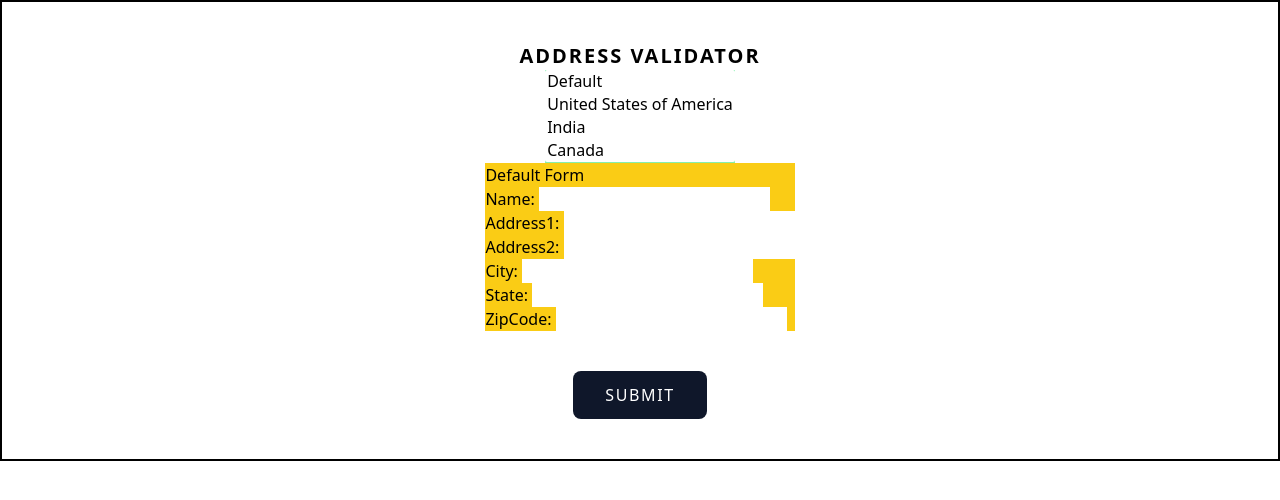
Repository: jay-singhvi/SWArchDesign_TeamProject
Page: / (app in frontend/address-validation/)
These files come from the project's save history. The page is drawn as it stood at one moment and after the next save; the edit follows.
The browser window is 1280 px wide. The pictures show the whole page.
The project was rebuilt for these pictures with package versions that can differ from the ones it lists, and the page was loaded fresh each time. Also part of the build but not shown: frontend/address-validation/src/App.css.

Above is the page before, as saved 2023-03-07 13:48:02.

### frontend/address-validation/src/App.js

import './App.css';
import React, { useState, setState } from 'react';

// React component for creating and sending POST request
function App() {

  // variables to handle the Request and Response
  const [countryList, setCountryList] = useState("");
  const [formData, setFormData] = useState(null);
  const [responseData, setResponseData] = useState(null);

  // Set of Counries under consideration
  const countries = [
    { name: "Default"},
    { name: "United States of America"},
    { name: "India"},
    { name: "Canada"}
  ];

  // Function to render form based on Countries
  function renderForm() {
    if (countryList.length === 1) {
      console.log(countryList)
        if(countryList.includes("United States of America"))
          return <USAForm setFormData={setFormData} />;
        else if(countryList.includes("India"))
          return <IndiaForm setFormData={setFormData} />;
        else if(countryList.includes("Canada"))
          return <CanadaForm setFormData={setFormData} />;
        else
          return <DefaultForm setFormData={setFormData} />;
    }
    // Renders form for multiple selected countries
    else {
      return <DefaultForm setFormData={setFormData} />
    }
  }

  // Handles selected country and set ths
  function handleSelectedCountry(event) {
    const selectedOptions = Array.from(event.target.selectedOptions);
    const selectedValues = selectedOptions.map(option => option.value);
    setCountryList(selectedValues);
  }

  // Finds address based on the form data
  async function findAddress(event) {
    event.preventDefault();

    // If only one country is selected
    if(countryList.length === 1) {

      //If selected country id default then send country field empty in JSON request
      if(countryList[0] === 'Default')
      {
        countryList[0] = ''
      }
      const updatedFormData = {...formData, "Country": countryList[0]};

      // If form data has Name attribute then search based on name and country
      if(formData !== null && formData.Name !== null){
        try {
          const response = await fetch("http://localhost:5000/api/searchCountriesByClient", {
            method: "POST",
            headers: {
              "Content-Type": "application/json",
            },
            body: JSON.stringify(updatedFormData),
          });

          const data = await response.json();
          setResponseData(data);
        } catch (error) {
          console.error(error);
          setResponseData({ error: "An error occurred" });
        }
      }

      //If name is not mentioned then populate all addresses for that country based on JSON request
      else {
        try {
          const response = await fetch("http://localhost:5000/api/searchCountry", {
            method: "POST",
            headers: {
              "Content-Type": "application/json",
            },
            body: JSON.stringify(updatedFormData),
          });

          const data = await response.json();
          setResponseData(data);
        } catch (error) {
          console.error(error);
          setResponseData({ error: "An error occurred" });
        }
      }
    }
    //If more one country is selected then send the list of countries with JSON request
    else if(countryList.length > 1){
      const updatedFormData = {...formData, "Country": countryList};

      try {
        const response = await fetch("http://localhost:5000//api/searchCountries", {
          method: "POST",
          headers: {
            "Content-Type": "application/json",
          },
          body: JSON.stringify(updatedFormData),
        });

        const data = await response.json();
        setResponseData(data);
      } catch (error) {
        console.error(error);
        setResponseData({ error: "An error occurred" });
      }
    }
    // If only name is mentioned then look for that name in all countries
    else if(formData !== null && formData.Name !== null){
      try {
        const response = await fetch("http://localhost:5000/api/searchCountriesByClient", {
          method: "POST",
          headers: {
            "Content-Type": "application/json",
          },
          body: JSON.stringify(formData),
        });

        const data = await response.json();
        setResponseData(data);
      } catch (error) {
        console.error(error);
        setResponseData({ error: "An error occurred" });
      }
    }
    setFormData({});
  }

  // Give all the options of countries to user for selection
  return (
    <div className=' items-center justify-between min-h-screen  '>
    <div className='  py-10 flex flex-col items-center border-2 border-black'>
      <h1 className=' uppercase tracking-widest font-bold text-xl'>Address Validator</h1>
      <div className=' bg-green-300'>
        <select multiple value={countryList} onChange={handleSelectedCountry}>
          {countries.map((country) => (
            <option key={country.name} value={country.name}>
              {country.name}
            </option>
          ))}
        </select>
      </div>

      {renderForm()}

      <button type="submit" onClick={findAddress} className=" mt-10 bg-slate-900 cursor-pointer px-8 py-3 rounded-lg text-white uppercase tracking-widest hover:bg-slate-700">
          Submit
        </button>

      {responseData && (
        <div>
          <h2>Post Result:</h2>
          <pre>{JSON.stringify(responseData, null, 2)}</pre>
        </div>
      )}
      </div>
    </div>

  );
}

// React component to render USA specific form
function USAForm({setFormData}) {
  const [formValues, setFormValues] = useState({});
  function updateForm(event) {
    setFormValues({
      ...formValues,
      [event.target.name]: event.target.value,
    });
    setFormData({
      ...formValues,
      [event.target.name]: event.target.value,
    });
  }

  return (
    <div>
      <form>
        <h2>United States Form</h2>
        Name: <input type="text" name="Name" onChange={updateForm} />
        <br/>
        Address1: <input type="text" name="Address1" onChange={updateForm} />
        <br/>
        Address2: <input type="text" name="Address2" onChange={updateForm} />
        <br/>
        City: <input type="text" name="City" onChange={updateForm} />
        <br/>
        State: <input type="text" name="State" onChange={updateForm} />
        <br/>
        ZipCode: <input type="text" name="Zipcode" onChange={updateForm} />
        <br/>
      </form>
    </div>
  );
}

// React component to render Canada specific form
function CanadaForm({setFormData}) {
  const [formValues, setFormValues] = useState({});
  function updateForm(event) {
    setFormValues({
      ...formValues,
      [event.target.name]: event.target.value,
    });
    setFormData({
      ...formValues,
      [event.target.name]: event.target.value,
    });
  }

  return (
    <div>
      <form>
        <h2>Canada Form</h2>
        Name: <input type="text" name="Name" onChange={updateForm} />
        <br/>
        Address1: <input type="text" name="Address1" onChange={updateForm} />
        <br/>
        Address2: <input type="text" name="Address2" onChange={updateForm} />
        <br/>
        City: <input type="text" name="City" onChange={updateForm} />
        <br/>
        Province: <input type="text" name="State" onChange={updateForm} />
        <br/>
        Postalcode: <input type="text" name="ZipCode" onChange={updateForm} />
      </form>
    </div>
  );
}

// React component to render India specific form
function IndiaForm({setFormData}) {
  const [formValues, setFormValues] = useState({});
  function updateForm(event) {
    setFormValues({
      ...formValues,
      [event.target.name]: event.target.value,
    });
    setFormData({
      ...formValues,
      [event.target.name]: event.target.value,
    });
  }

  return (
    <div>
      <form>
        <h2>India Form</h2>
        Name: <input type="text" name="Name" onChange={updateForm} />
        <br/>
        Street Address: <input type="text" name="Address1" onChange={updateForm} />
        <br/>
        Address2: <input type="text" name="Address2" onChange={updateForm} />
        <br/>
        City: <input type="text" name="City" onChange={updateForm} />
        <br/>
        State: <input type="text" name="State" onChange={updateForm} />
        <br/>
        Pincode: <input type="text" name="ZipCode" onChange={updateForm} />
        <br/>
      </form>
    </div>
  );
}

// React component to render default form
function DefaultForm({setFormData}) {

  const [formValues, setFormValues] = useState({});
  function updateForm(event) {
    setFormValues({
      ...formValues,
      [event.target.name]: event.target.value,
    });
    setFormData({
      ...formValues,
      [event.target.name]: event.target.value,
    });
  }

  return (
    <div className='  bg-yellow-400'>
      <h2>Default Form</h2>
        Name: <input type="text" name="Name" onChange={updateForm} />
        <br/>
        Address1: <input type="text" name="Address1" onChange={updateForm} />
        <br/>
        Address2: <input type="text" name="Address2" onChange={updateForm} />
        <br/>
        City: <input type="text" name="City" onChange={updateForm} />
        <br/>
        State: <input type="text" name="State" onChange={updateForm} />
        <br/>
        ZipCode: <input type="text" name="Zipcode" onChange={updateForm} />
        <br/>
    </div>
  );
}

export default App;

Loaded but not shown: frontend/address-validation/public/index.html (common file); frontend/address-validation/src/index.js (common file); frontend/address-validation/src/index.css (common file); frontend/address-validation/src/reportWebVitals.js (common file); frontend/address-validation/tailwind.config.js (common file)

After the next save:
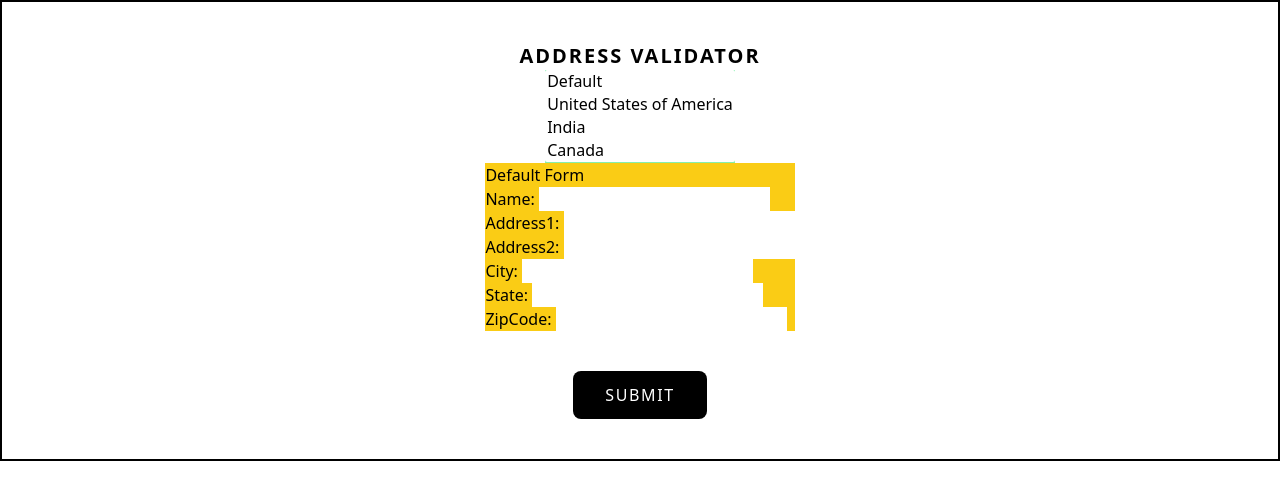
Saved 15 s later.
--- a/frontend/address-validation/src/App.js
+++ b/frontend/address-validation/src/App.js
@@ -154,7 +154,7 @@ function App() {
 
       {renderForm()}
 
-      <button type="submit" onClick={findAddress} className=" mt-10 bg-slate-900 cursor-pointer px-8 py-3 rounded-lg text-white uppercase tracking-widest hover:bg-slate-700">
+      <button type="submit" onClick={findAddress} className=" mt-10 bg-black cursor-pointer px-8 py-3 rounded-lg text-white uppercase tracking-widest hover:bg-slate-700">
           Submit
         </button>
 
